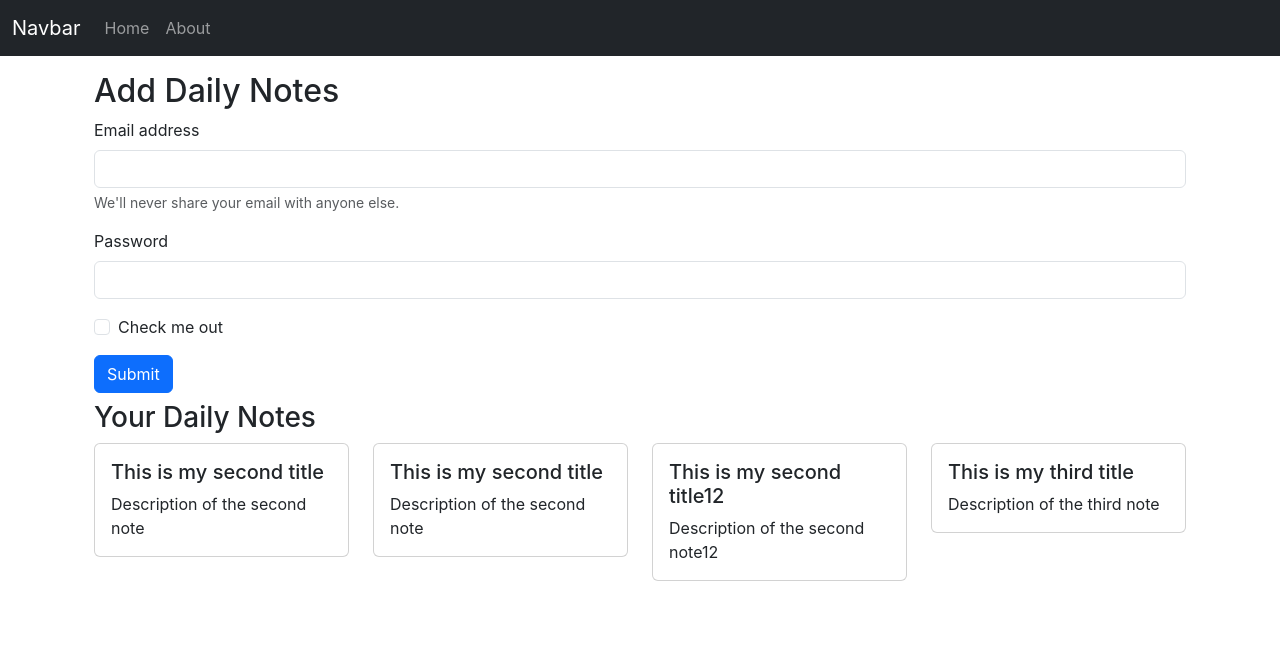
Repository: alphacode77/DailyNotes-react
Page: /
These files come from the project's save history. The page is drawn as it stood at one moment and after the next save; the edit follows.
The browser window is 1280 px wide. The pictures show the whole page.
The project was rebuilt for these pictures with package versions that can differ from the ones it lists, and the page was loaded fresh each time. Also part of the build but not shown: src/App.css, src/components/About.js.

Above is the page before, as saved 2023-02-25 00:36:52.

### src/App.js
import './App.css';
import Navbar from './components/Navbar';
import Home from './components/Home';
import About from './components/About';
import NoteState from './Context/Notes/NoteState';
import {
  BrowserRouter as Router,
  Route,
  Routes
} from "react-router-dom";

function App() {
  return (
    <>
    <NoteState>
    <Router>
      <Navbar/>
    <div className='container'>
    <Routes>
      <Route exact path="/" element={<Home/>} />
      <Route exact path="/home" element={<Home/>} />
      <Route exact path="/about" element={<About/>} />
      {/* <Route exactPath="/navbar" element={<Navbar/>} /> */}
    </Routes>
    </div>
  </Router>
  </NoteState>
    </>

  );
}

export default App;

### src/components/Navbar.js
import React, { useEffect }  from 'react'
import { Link , useLocation} from 'react-router-dom'

const Navbar = ()=>{
  let location = useLocation();
  useEffect(()=>{
console.log(location.pathname)
  },[location])
  return (
     <>
     <nav className="navbar navbar-expand-lg navbar-dark  bg-dark">
  <div className="container-fluid">
    <Link className="navbar-brand" to="/">Navbar</Link>
    <button className="navbar-toggler" type="button" data-bs-toggle="collapse" data-bs-target="#navbarSupportedContent" aria-controls="navbarSupportedContent" aria-expanded="false" aria-label="Toggle navigation">
      <span className="navbar-toggler-icon"></span>
    </button>
    <div className="collapse navbar-collapse" id="navbarSupportedContent">
      <ul className="navbar-nav me-auto mb-2 mb-lg-0">
        <li className="nav-item">
          <Link className={`nav-link  ${location.pathname==="/home"?"active":""}`} aria-current="page" to="/home">Home</Link>
        </li>
        <li className="nav-item">
          <Link className={`nav-link ${location.pathname==="/about"?"active":""}`} to="/about">About</Link>
        </li>
      </ul>
    </div>
  </div>
</nav>
     </>
    )
}

export default Navbar

### src/components/Home.js
import React from "react"
import Notes from "./Notes"

const Home =()=>{

    return(
        <>
        <div className="container my-3">
            <h2> Add Daily Notes</h2>
        <form className="my-2">
  <div class="mb-3">
    <label for="exampleInputEmail1" class="form-label">Email address</label>
    <input type="email" class="form-control" id="exampleInputEmail1" aria-describedby="emailHelp"/>
    <div id="emailHelp" class="form-text">We'll never share your email with anyone else.</div>
  </div>
  <div class="mb-3">
    <label for="exampleInputPassword1" class="form-label">Password</label>
    <input type="password" class="form-control" id="exampleInputPassword1"/>
  </div>
  <div class="mb-3 form-check">
    <input type="checkbox" class="form-check-input" id="exampleCheck1"/>
    <label class="form-check-label" for="exampleCheck1">Check me out</label>
  </div>
  <button type="submit" class="btn btn-primary">Submit</button>
</form>
<Notes/>
</div>

        </>
    )
}

export default Home

### src/Context/Notes/NoteState.js
import React,{useState} from "react";
import NoteContext from "./NoteContext"


const NoteState = (props)=>{
   const initalNotes= [
    {
      "_id": "63f3b6c7c686985aada677be",
      "user": "63f20b9a00ad623ad3d4dae2",
      "title": "This is my second title",
      "description": "Description of the second note",
      "tag": "demo check",
      "date": "2023-02-20T18:07:03.296Z",
      "__v": 0
    },
    {
      "_id": "63f3b892a3086ff244bcc267",
      "user": "63f20b9a00ad623ad3d4dae2",
      "title": "This is my second title",
      "description": "Description of the second note",
      "tag": "demo check",
      "date": "2023-02-20T18:14:42.184Z",
      "__v": 0
    },
    {
      "_id": "63f3b89ca3086ff244bcc26b",
      "user": "63f20b9a00ad623ad3d4dae2",
      "title": "This is my second title12",
      "description": "Description of the second note12",
      "tag": "demo check",
      "date": "2023-02-20T18:14:52.449Z",
      "__v": 0
    },
    {
      "_id": "63f49f58882156f0ed94969e",
      "user": "63f20b9a00ad623ad3d4dae2",
      "title": "This is my third title",
      "description": "Description of the third note",
      "tag": "personal",
      "date": "2023-02-21T10:39:20.800Z",
      "__v": 0
    }
  ]
  const [notes,setNotes]=useState(initalNotes)
    return (
        <NoteContext.Provider value={{notes,setNotes}}>
            {props.children}
        </NoteContext.Provider>

    )
}

export default NoteState;

### src/components/Notes.js
import React,{useContext} from 'react'
import NoteContext from '../Context/Notes/NoteContext'
import Noteitem from "./Noteitem"

function Notes() {
    const context=useContext(NoteContext)
    const{notes,setNotes} = context
  return (
<div className="row my-2">
    <h3>Your Daily Notes</h3>
    {notes.map((notes)=>{
        return <Noteitem note={notes}/>
    })}
</div>
  )
}

export default Notes

### src/Context/Notes/NoteContext.js
import {createContext} from 'react'

const NoteContext = createContext();

export default NoteContext;

### src/components/Noteitem.js
import React from 'react'

const Noteitem=(props)=> {
    const {note}=props
  return (
    <div className='col-md-3'>
        <div className='card'>
            <div className='card-body'>
                <h5 className='card-title'>{note.title}</h5>
                    <p className='card-text'>{note.description}</p>
            </div>
        </div>
    </div>
  )
}

export default Noteitem

Loaded but not shown: public/index.html (common file); src/index.js (common file); src/index.css (common file)

After the next save:
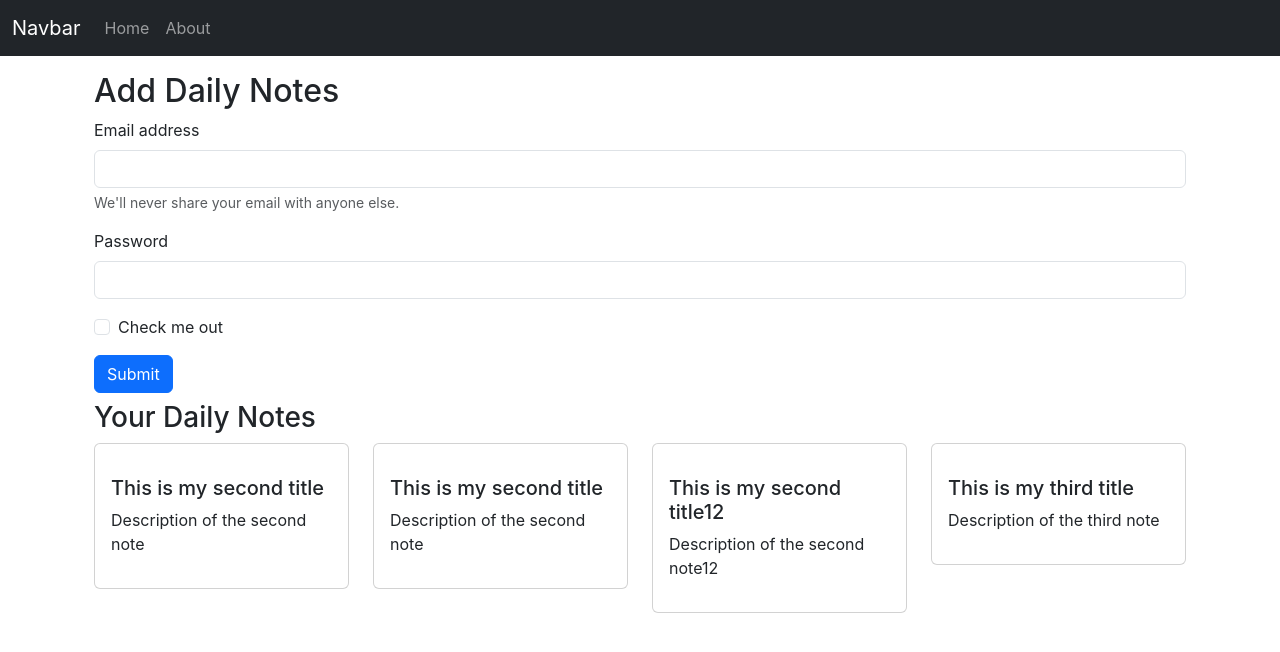
Saved 43 s later.
--- a/src/components/Noteitem.js
+++ b/src/components/Noteitem.js
@@ -5,7 +5,7 @@ const Noteitem=(props)=> {
   return (
     <div className='col-md-3'>
         <div className='card'>
-            <div className='card-body'>
+            <div className='card-body my-3'>
                 <h5 className='card-title'>{note.title}</h5>
                     <p className='card-text'>{note.description}</p>
             </div>
